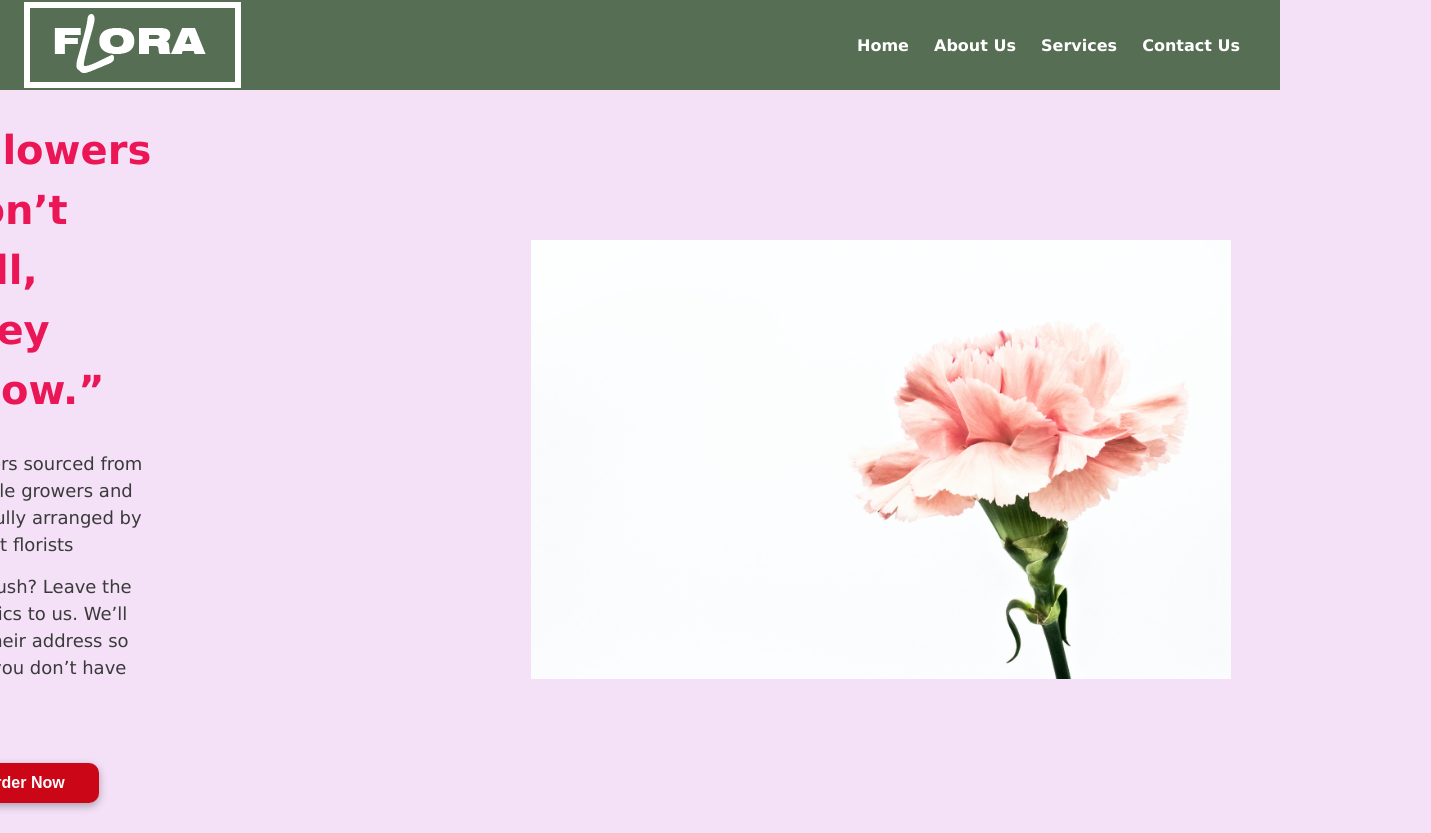
Repository: SaadYasin/test003-flex-box
Page: index.html
An editor plug-in stored every save of this project. The page is shown before and after the next save, followed by the edit.
The browser window is 1280 px wide. The page is 1431 px wide, so the pictures cover 1431 px, including what lies to the right of the window. The pictures show the whole page.

Above is the page before, as saved 2022-10-30 12:48:38.

After the next save:
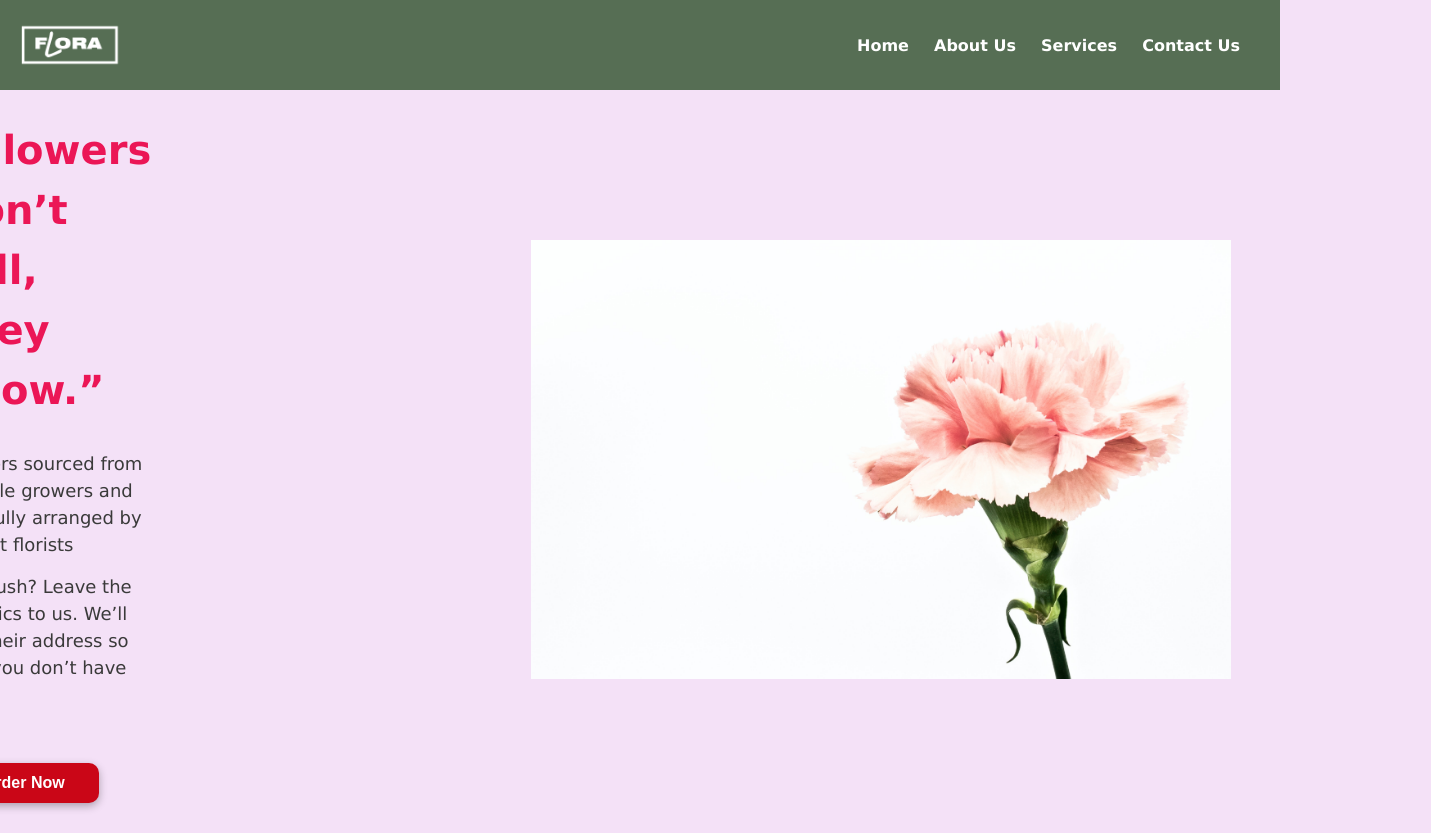
Saved 6 s later.
--- a/styles.css
+++ b/styles.css
@@ -28,7 +28,7 @@ body {
 }
 
 img {
-  width: ;
+  width: 100px;
 }
 
 nav ul li {
